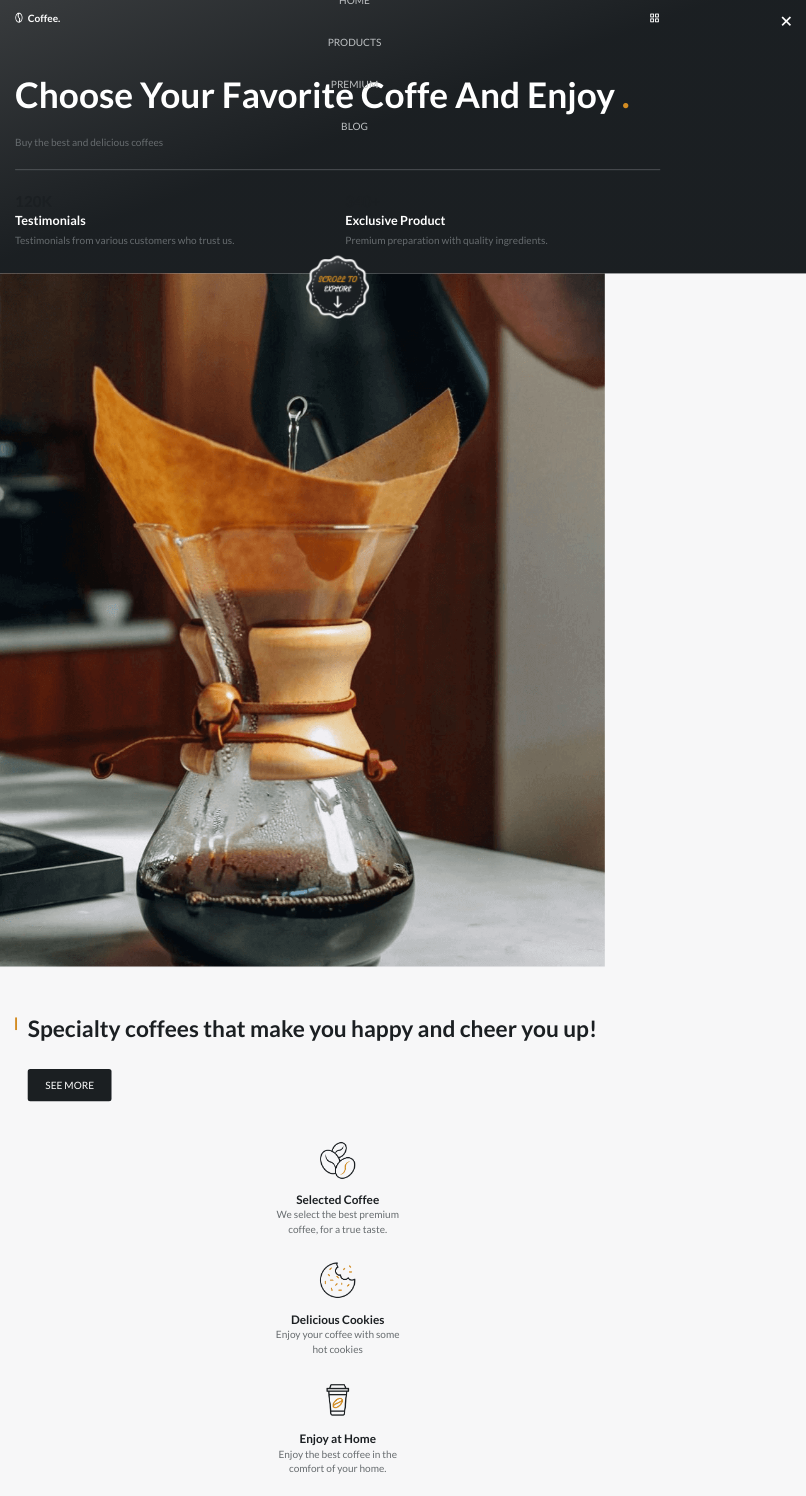
Repository: phong121020/coffee-responsive
Page: index.html
These files come from the project's save history. The page is drawn as it stood at one moment and after the next save; the edit follows.
The browser window is 1280 px wide. The pictures show the whole page, at 63% of full size.

Above is the page before, as saved 2022-03-06 19:02:20.

After the next save:
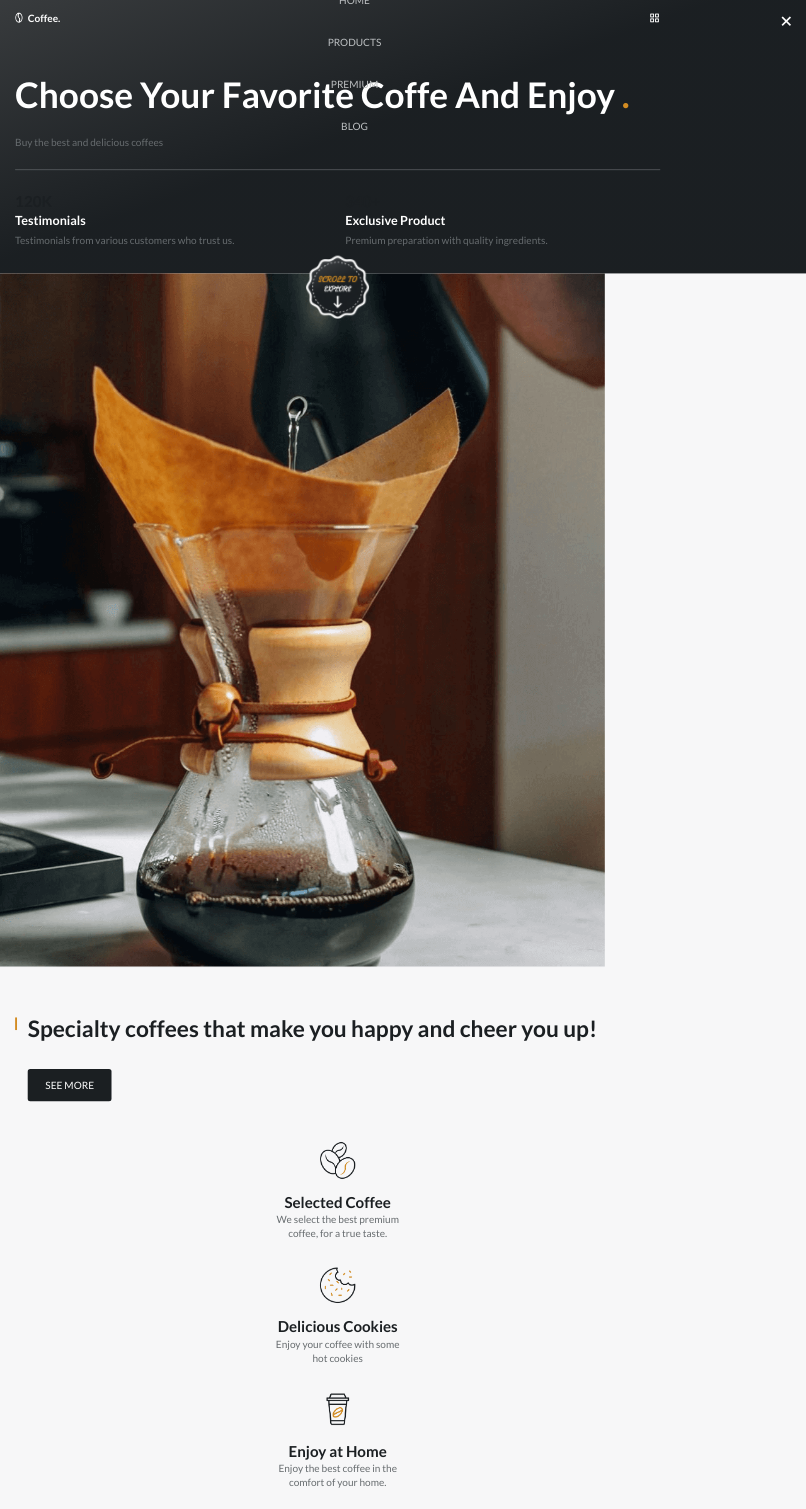
Saved 45 s later.
--- a/assets/css/style.css
+++ b/assets/css/style.css
@@ -307,3 +307,6 @@ button {
 .specialty__group {
   text-align: center;
 }
+.specialty__title{
+    font-size: var(--h2-font-size);
+}
